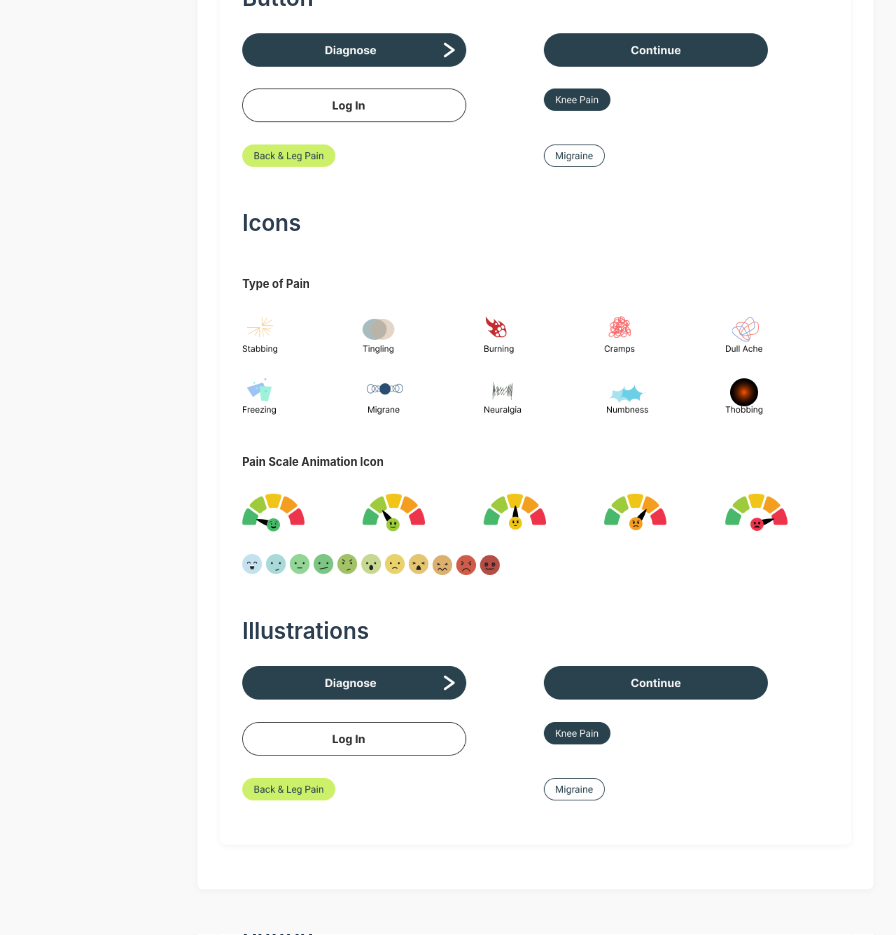
Repository: rosielee09/Heal_U
Page: graphics.html
The author's editor kept a copy of each file at every save. The page is drawn from the files as they stood at one save, then again after the next save.
The browser window is 1280 px wide. The pictures show the part of the page from y = 1318 to 3238 px (the page is 2653 px tall before and 3238 px after), at 70% of full size.

Above is the page before, as saved 2025-04-03 21:48:20.

After the next save:
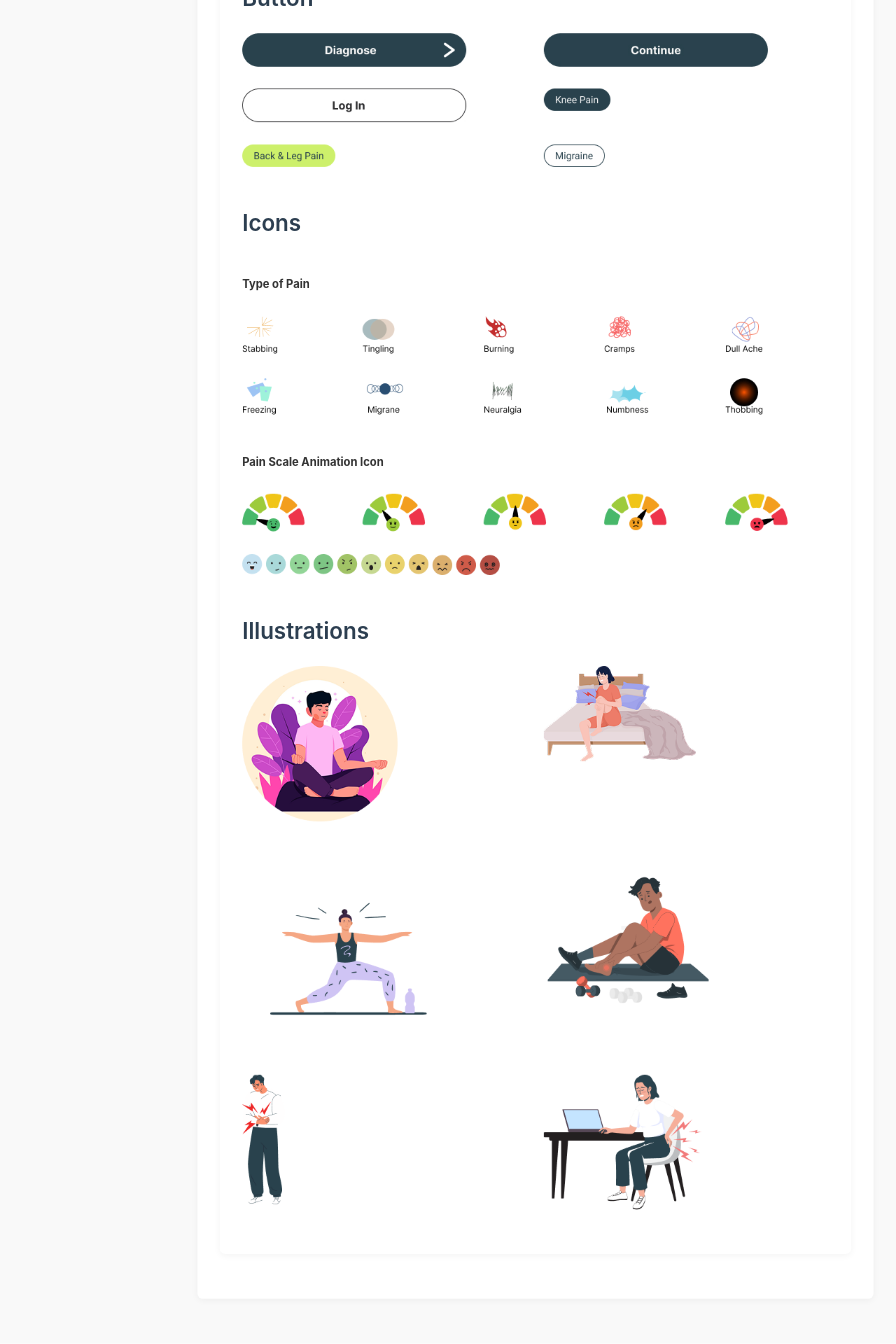
Saved 72 s later.
--- a/graphics.html
+++ b/graphics.html
@@ -185,22 +185,22 @@
             <div class="graphic-grid">
                   <!-- fill button -->
                 <div class="graphic-item">
-                    <img class="graphic-button__icon" src="/img/Appovation - buttons/Button-fill-withIcon.png" alt="fill-icon">
-                </div>
-                <div class="graphic-item">
-                    <img class="graphic-button__icon" src="/img/Appovation - buttons/Button-fill.jpg" alt="fill">
-                </div>
-                <div class="graphic-item">
-                    <img class="graphic-button__icon" src="/img/Appovation - buttons/Button-outline.jpg" alt="outline">
-                </div>
-                <div class="graphic-item">
-                    <img class="graphic-button__icon" src="/img/Appovation - buttons/chips-fill.png" alt="chips">
-                </div>
-                <div class="graphic-item">
-                    <img class="graphic-button__icon" src="/img/Appovation - buttons/chips-highlighted.png" alt="chips-highlighted">
-                </div>
-                <div class="graphic-item">
-                    <img class="graphic-button__icon" src="/img/Appovation - buttons/chips-outlined.png" alt="chips-outlined">
+                    <img class="graphic-button__icon" src="/img/Appovation - illustration set/5214865 1.png" >
+                </div>
+                <div class="graphic-item">
+                    <img class="graphic-button__icon" src="/img/Appovation - illustration set/AdobeStock_593962329 1.png">
+                </div>
+                <div class="graphic-item">
+                    <img class="graphic-button__icon" src="/img/Appovation - illustration set/exercise 2.png" >
+                </div>
+                <div class="graphic-item">
+                    <img class="graphic-button__icon" src="/img/Appovation - illustration set/Group 103.png" >
+                </div>
+                <div class="graphic-item">
+                    <img class="graphic-button__icon" src="/img/Appovation - illustration set/Group 84.png" >
+                </div>
+                <div class="graphic-item">
+                    <img class="graphic-button__icon" src="/img/Appovation - illustration set/Group 98.png" >
                 </div>
             </div>
         </section>
